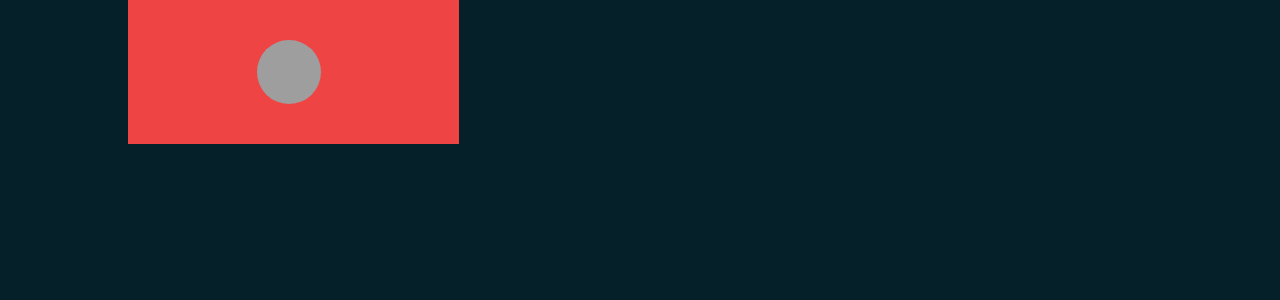
Repository: subrata18/imdb-clone
Page: /Profile
An editor plug-in stored every save of this project. The page is shown before and after the next save, followed by the edit.
The browser window is 1280 px wide. The pictures show the whole page.
Pictures or frames that could not be fetched are drawn as grey boxes. The project was rebuilt for these pictures with package versions that can differ from the ones it lists, and the page was loaded fresh each time. The framework's server and built-in components were replaced by stand-ins that run in the browser. Also part of the build but not shown: next.config.ts.

Above is the page before, as saved 2021-05-20 21:38:57.

### pages/Profile.tsx
import React from "react";
import Navbar from "../components/Navbar";

function Profile() {
    return (
        <div className="grid justify-between max-w-screen-lg grid-cols-3 gap-4 mx-auto">
            <div className="container flex justify-center bg-red-500">
                <img
                    className="object-cover w-16 h-16 mx-1 my-10 mr-3 rounded-full " src="https://cdn2.vectorstock.com/i/1000x1000/23/81/default-avatar-profile-icon-vector-18942381.jpg" alt="Profile image" />
            </div>
            <section>

            </section>
        </div >

    )
}

export default Profile;

### styles/globals.css
@tailwind base;
@tailwind components;
@tailwind utilities;

@layer base {
  .input {
    @apply px-2 mx-auto mb-5 bg-transparent border-2 border-gray-300 rounded-md outline-none w-60;
  }
  body {
    @apply bg-[#06202A] text-gray-300;
  }
}

### tailwind.config.js
module.exports = {
  mode: "jit",
  purge: ["./pages/**/*.{js,ts,jsx,tsx}", "./components/**/*.{js,ts,jsx,tsx}"],
  darkMode: false, // or 'media' or 'class'
  theme: {
    extend: {
      screens: {
        "3xl": "2000px",
      },
    },
  },
  variants: {
    extend: {},
  },
  plugins: [require("tailwind-scrollbar-hide")],
};
module.exports = {
  mode: "jit",
  purge: ["./pages/**/*.{js,ts,jsx,tsx}", "./components/**/*.{js,ts,jsx,tsx}"],
  darkMode: false, // or 'media' or 'class'
  theme: {
    extend: {
      screens: {
        "3xl": "2000px",
      },
    },
  },
  variants: {
    extend: {},
  },
  plugins: [require("tailwind-scrollbar-hide")],
};

Loaded but not shown: pages/_app.tsx (common file)

After the next save:
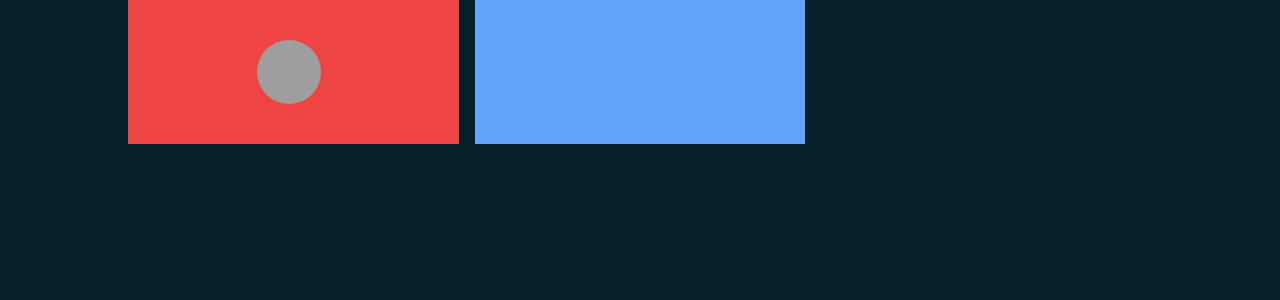
Saved 58 s later.
--- a/pages/Profile.tsx
+++ b/pages/Profile.tsx
@@ -8,7 +8,7 @@
                 <img
                     className="object-cover w-16 h-16 mx-1 my-10 mr-3 rounded-full " src="https://cdn2.vectorstock.com/i/1000x1000/23/81/default-avatar-profile-icon-vector-18942381.jpg" alt="Profile image" />
             </div>
-            <section>
+            <section className="bg-blue-400">
 
             </section>
         </div >
